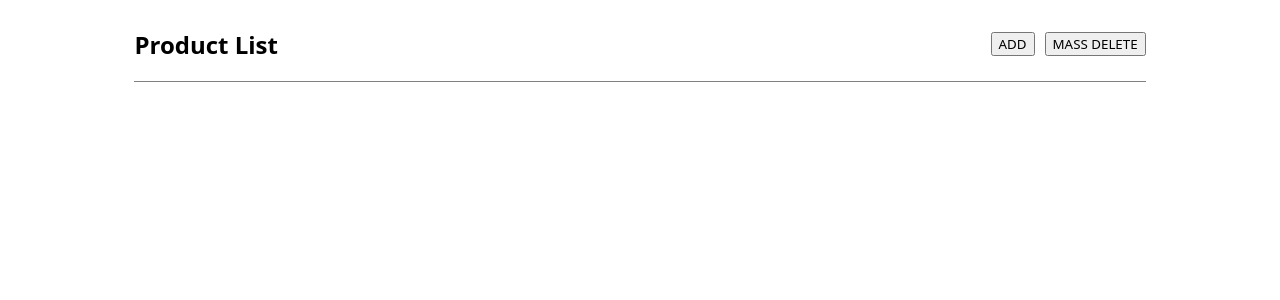
Repository: gabyto19/scandiweb
Page: http://localhost/
These files come from the project's save history. The page is drawn as it stood at one moment and after the next save; the edit follows.
The browser window is 1280 px wide. The pictures show the whole page.
Some web libraries are served in a nearby version. The page is run by PHP 8.4 with error messages shown; the project is at /var/www/html/. Queries for data that is not in the repository find no rows.

Above is the page before, as saved 2023-03-09 17:13:02.

After the next save:
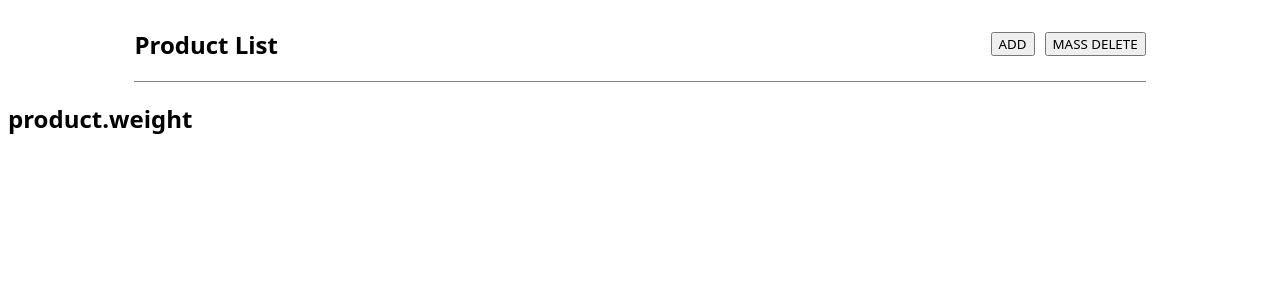
Saved 2 min 20 s later.
--- a/index.php
+++ b/index.php
@@ -22,7 +22,7 @@
         <button class="delete-checkbox" id="delete-product-btn" @click="deleteProducts()">MASS DELETE</button>
       </div>
     </nav>
-
+    <h1>product.weight</h1>
     <div class="grid-container">
       <div v-for="product in products" :key="product.sku">
         <input type="checkbox" id="delete-checkbox" class="delete-checkbox" v-model="selectedProducts"
